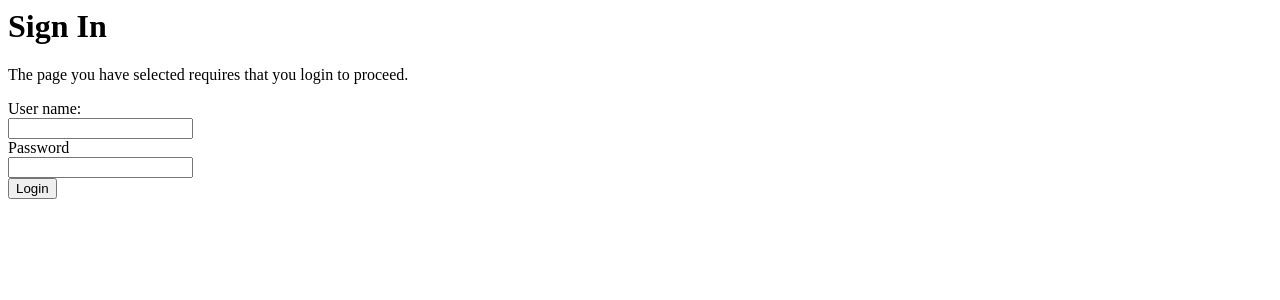
Repository: erjaimin/coding-ground
Page: http://localhost/Assignment03/login.jsp
These files come from the project's save history. The page is drawn as it stood at one moment and after the next save; the edit follows.
The browser window is 1280 px wide. The pictures show the whole page.
The page is served by Tomcat 9. Nobody is signed in. The application's start-up code is not run.

Above is the page before, as saved 2017-11-25 17:46:34.

After the next save:
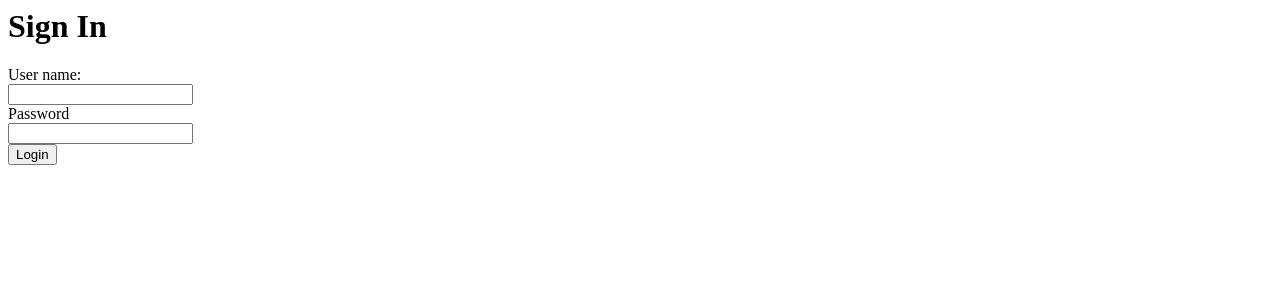
Saved 23 s later.
--- a/Abde_Fatani/Assignment03/WebContent/login.jsp
+++ b/Abde_Fatani/Assignment03/WebContent/login.jsp
@@ -8,18 +8,16 @@
     </style>
 </head>
 <body>
-<h1>Sign In</h1>
+	<h1>Sign In</h1>
 
-<p>The page you have selected requires that you login to proceed.</p>
+	<form action="j_security_check" method="post" name="loginForm">
+	    <label for="user">User name:</label>
+	    <input id="user" type="text" name="j_username" size="20">
 
-<form action="j_security_check" method="post" name="loginForm">
-    <label for="user">User name:</label>
-    <input id="user" type="text" name="j_username" size="20">
+	    <label for="password">Password </label>
+	    <input id="password" type="password" name="j_password" size="20">
 
-    <label for="password">Password </label>
-    <input id="password" type="password" name="j_password" size="20">
-
-    <input type="submit" value="Login">
-</form>
+	    <input type="submit" value="Login">
+	</form>
 </body>
 </html>
